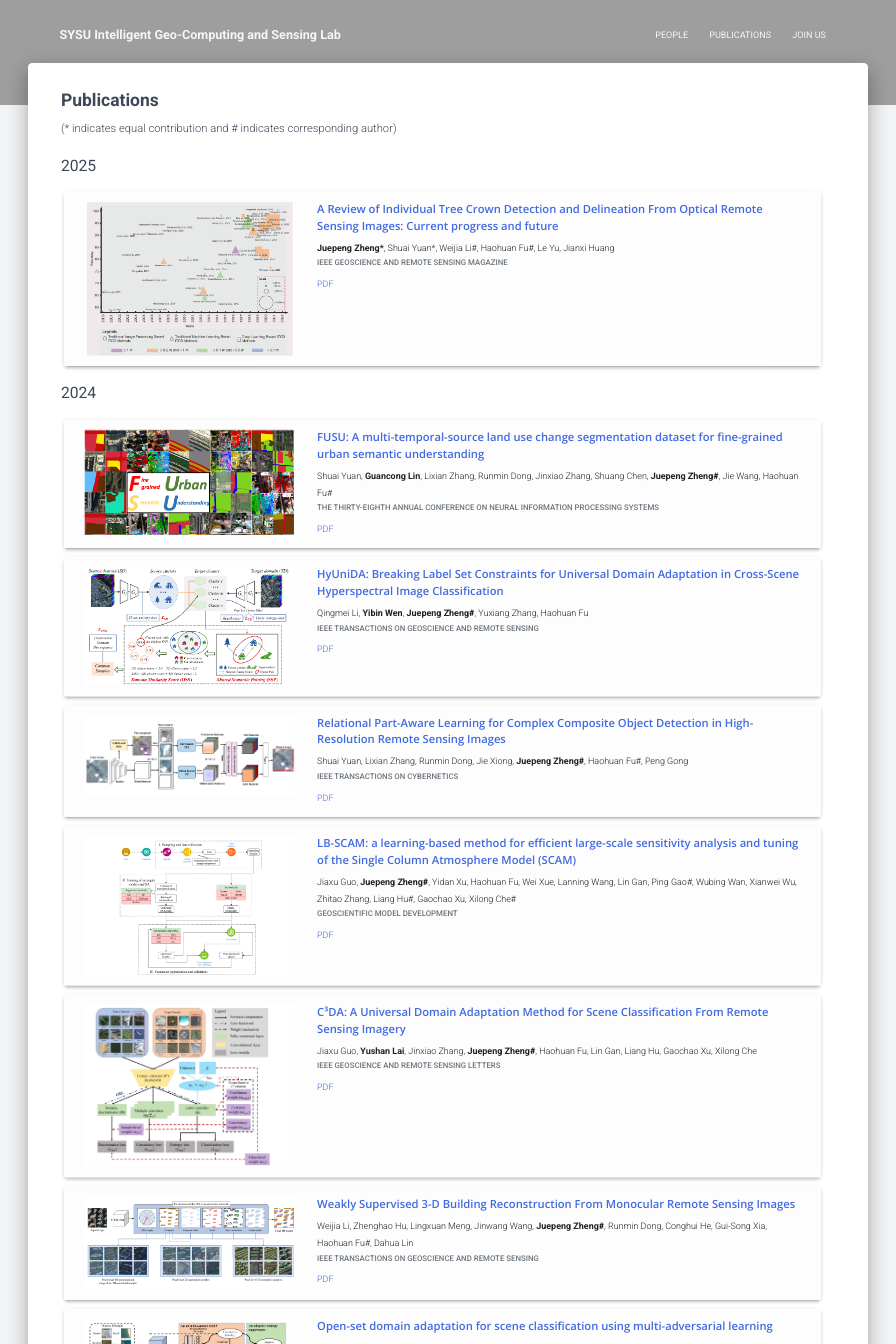
Repository: rssysu/rssysu.github.io
Page: pub.html
The author's editor kept a copy of each file at every save. The page is drawn from the files as they stood at one save, then again after the next save.
The browser window is 1280 px wide. The pictures show the part of the page from y = 0 to 1920 px (the page is 4215 px tall before and 4477 px after), at 70% of full size.
Pictures or frames that could not be fetched are drawn as grey boxes. Some web libraries are served in a nearby version.

Above is the page before, as saved 2025-03-21 17:40:41.

After the next save:
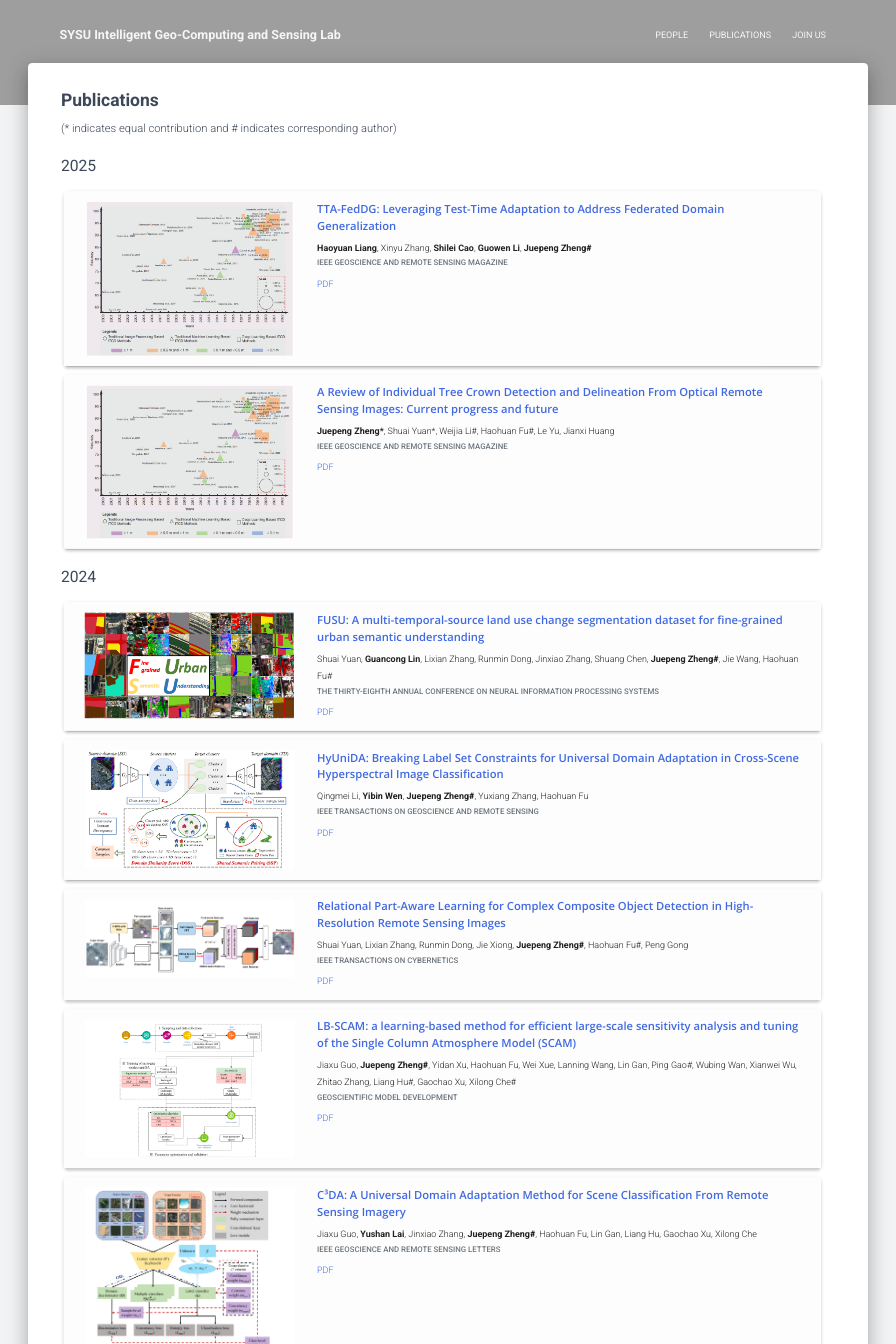
Saved 3 min 56 s later.
--- a/pub.html
+++ b/pub.html
@@ -76,6 +76,19 @@
           <div class="card" style="width: 97%;">
             <div class="card-body" style="background-color: rgb(253, 253, 253);">
               <img class="card-pic-left" src="assets/paper/review.png" width=300px>
+              <h4 class="card-title" style="margin-top: -0.1em;"><a href="https://openreview.net/forum?id=QLO0pXYKVi#discussion">TTA-FedDG: Leveraging Test-Time Adaptation to Address Federated Domain Generalization</a>  </h4>
+              <p class="card-text"><b>Haoyuan Liang</b>, Xinyu Zhang, <b>Shilei Cao</b>, <b>Guowen Li</b>, <b>Juepeng Zheng#</b></p>
+              <h6 class="card-subtitle mb-2 text-muted">IEEE Geoscience and Remote Sensing Magazine</h6>
+
+              <a href="assets/paper/review.pdf" target="_blank">PDF </a>
+            </div>
+          </div>
+        </div>
+
+        <div class="row-pub all">
+          <div class="card" style="width: 97%;">
+            <div class="card-body" style="background-color: rgb(253, 253, 253);">
+              <img class="card-pic-left" src="assets/paper/review.png" width=300px>
               <h4 class="card-title" style="margin-top: -0.1em;"><a href="https://openreview.net/forum?id=QLO0pXYKVi#discussion">A Review of Individual Tree Crown Detection and Delineation From Optical Remote Sensing Images: Current progress and future</a>  </h4>
               <p class="card-text"><b>Juepeng Zheng*</b>, Shuai Yuan*, Weijia Li#, Haohuan Fu#, Le Yu, Jianxi Huang</p>
               <h6 class="card-subtitle mb-2 text-muted">IEEE Geoscience and Remote Sensing Magazine</h6>
